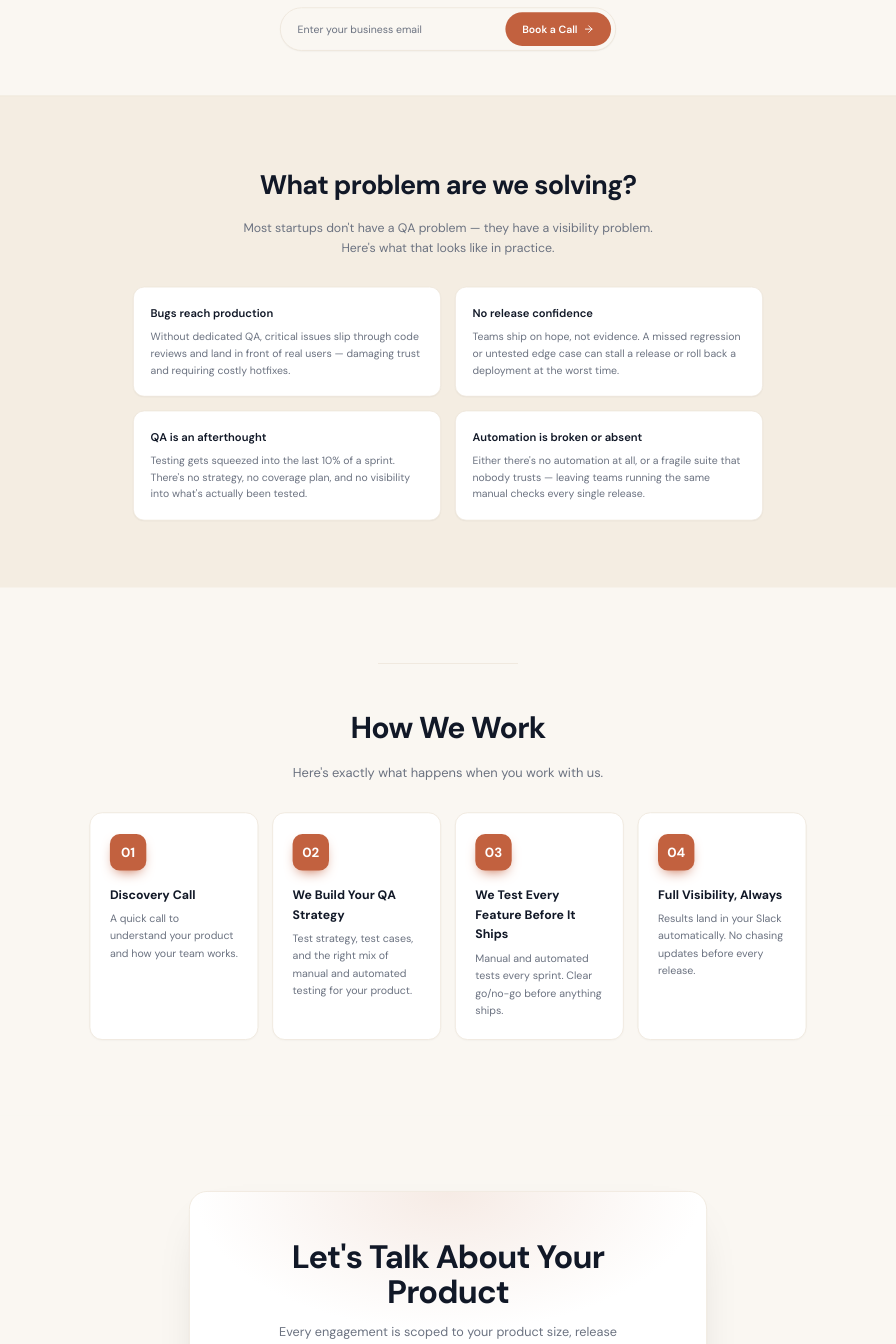
Repository: Monika281992/GoLiveQA
Page: /
These files come from the project's save history. The page is drawn as it stood at one moment and after the next save; the edit follows.
The browser window is 1280 px wide. The pictures show the part of the page from y = 391 to 2311 px (the page is 3645 px tall before and 4188 px after), at 70% of full size.
The project was rebuilt for these pictures with package versions that can differ from the ones it lists, and the page was loaded fresh each time. The framework's server and built-in components were replaced by stand-ins that run in the browser. Also part of the build but not shown: next.config.mjs.

Above is the page before, as saved 2026-06-27 13:04:14.

### app/layout.tsx
import type { Metadata } from "next";
import { DM_Sans, Kaushan_Script } from "next/font/google";
import "./globals.css";

const dmSans = DM_Sans({
  subsets: ["latin"],
  weight: ["300", "400", "500", "600", "700"],
  variable: "--font-sans",
  display: "swap",
});

const kaushan = Kaushan_Script({
  subsets: ["latin"],
  weight: "400",
  variable: "--font-script",
  display: "swap",
});

export const metadata: Metadata = {
  title: "GoLiveQA",
  description:
    "Senior QA engineer with 9 years of hands-on experience testing Healthcare, SaaS, AI & Real Estate products at startups across India and US. Playwright, Cypress, Postman. Available remotely.",
};

export default function RootLayout({
  children,
}: {
  children: React.ReactNode;
}) {
  return (
    <html lang="en" className={`${dmSans.variable} ${kaushan.variable}`}>
      <body className="font-sans leading-relaxed">{children}</body>
    </html>
  );
}

### app/page.tsx
import { Navbar } from "@/components/navbar";
import { Hero } from "@/components/hero";
import { Problem } from "@/components/problem";
import { Process } from "@/components/process";
import { Pricing } from "@/components/pricing";
import { Contact } from "@/components/contact";
import { Footer } from "@/components/footer";

export default function Home() {
  return (
    <div className="min-h-screen bg-surface">
      <Navbar />
      <main>
        <Hero />
        <Problem />
        <Process />
        <Pricing />
        <Contact />
      </main>
      <Footer />
    </div>
  );
}

### app/globals.css
@tailwind base;
@tailwind components;
@tailwind utilities;

html {
  scroll-behavior: smooth;
}

body {
  background-color: #faf7f2;
  color: #4b5563;
  -webkit-font-smoothing: antialiased;
}

### components/hero.tsx
"use client";

import { useState } from "react";
import { useRouter } from "next/navigation";
import { ArrowRight } from "lucide-react";

export function Hero() {
  const router = useRouter();
  const [email, setEmail] = useState("");
  const [error, setError] = useState("");
  const [status, setStatus] = useState("idle");

  async function handleBook() {
    const trimmed = email.trim();
    if (!trimmed) {
      setError("Please enter your email address.");
      return;
    }
    const valid = /^[^\s@]+@[^\s@]+\.[^\s@]+$/.test(trimmed);
    if (!valid) {
      setError("Please enter a valid email address.");
      return;
    }
    setError("");
    setStatus("loading");
    try {
      await fetch("/api/book", {
        method: "POST",
        headers: { "Content-Type": "application/json" },
        body: JSON.stringify({ email: trimmed }),
      });
    } catch {
      // proceed to form regardless
    }
    router.push(`/book-a-call?email=${encodeURIComponent(trimmed)}`);
  }

  return (
    <section id="top" className="relative overflow-hidden">
      <div className="pointer-events-none absolute inset-0 bg-[radial-gradient(58%_46%_at_50%_-4%,#f6ebe5,transparent_72%)]" />
      <div className="relative mx-auto max-w-[840px] px-5 pb-12 pt-16 text-center sm:px-8 md:pb-16 md:pt-24 lg:px-12 lg:pt-[108px]">
        <h1 className="text-[clamp(2.5rem,7vw,4.1rem)] font-bold leading-[1.03] tracking-[-0.035em] text-ink">
          Your QA Partner
        </h1>
        <p className="mt-4 text-[clamp(1.1rem,2.5vw,1.45rem)] font-semibold text-accent">
          Startups ship faster and break less with GoLiveQA. Senior QA coverage across manual testing, automation, CI/CD, and real-time reporting.
        </p>
        <div className="mt-8 mx-auto max-w-[480px]">
          <div className={`flex items-center overflow-hidden rounded-full border bg-surface shadow-sm transition-colors ${error ? "border-red-400" : "border-hairline"}`}>
            <input
              type="email"
              value={email}
              onChange={(e) => { setEmail(e.target.value); if (error) setError(""); }}
              placeholder="Enter your business email"
              className="flex-1 bg-transparent px-6 py-3.5 text-[15px] text-body outline-none placeholder:text-muted"
            />
            <button
              type="button"
              onClick={handleBook}
              disabled={status === "loading"}
              className="m-1.5 flex items-center gap-2 rounded-full bg-accent px-6 py-3 text-[15px] font-semibold text-white disabled:opacity-70"
            >
              {status === "loading" ? "Loading…" : "Book a Call"}
              {status !== "loading" && <ArrowRight className="h-[16px] w-[16px]" />}
            </button>
          </div>
          {error && (
            <p className="mt-2 text-[13px] text-red-500">{error}</p>
          )}
        </div>
      </div>
    </section>
  );
}

### components/problem.tsx
const problems = [
  {
    title: "Bugs reach production",
    description:
      "Without dedicated QA, critical issues slip through code reviews and land in front of real users — damaging trust and requiring costly hotfixes.",
  },
  {
    title: "No release confidence",
    description:
      "Teams ship on hope, not evidence. A missed regression or untested edge case can stall a release or roll back a deployment at the worst time.",
  },
  {
    title: "QA is an afterthought",
    description:
      "Testing gets squeezed into the last 10% of a sprint. There's no strategy, no coverage plan, and no visibility into what's actually been tested.",
  },
  {
    title: "Automation is broken or absent",
    description:
      "Either there's no automation at all, or a fragile suite that nobody trusts — leaving teams running the same manual checks every single release.",
  },
];

export function Problem() {
  return (
    <section className="border-t border-hairline bg-surface-soft py-16 md:py-24">
      <div className="mx-auto max-w-container px-5 sm:px-8 lg:px-12">
        <div className="mx-auto max-w-[600px] text-center">
          <h2 className="text-[clamp(1.8rem,3.5vw,2.4rem)] font-bold tracking-[-0.025em] text-ink">
            What problem are we solving?
          </h2>
          <p className="mt-4 text-[clamp(1rem,1.7vw,1.1rem)] leading-relaxed text-muted">
            Most startups don&apos;t have a QA problem — they have a visibility problem. Here&apos;s what that looks like in practice.
          </p>
        </div>
        <div className="mx-auto mt-10 grid max-w-[900px] grid-cols-1 gap-5 sm:grid-cols-2">
          {problems.map((p) => (
            <div
              key={p.title}
              className="rounded-[16px] border border-hairline bg-white p-6 shadow-sm"
            >
              <h3 className="text-[1rem] font-semibold text-ink">{p.title}</h3>
              <p className="mt-2 text-[15px] leading-relaxed text-muted">{p.description}</p>
            </div>
          ))}
        </div>
      </div>
    </section>
  );
}

### components/process.tsx
import { Card } from "@/components/ui/card";

const steps = [
  {
    n: "01",
    title: "Discovery Call",
    desc: "A quick call to understand your product and how your team works.",
  },
  {
    n: "02",
    title: "We Build Your QA Strategy",
    desc: "Test strategy, test cases, and the right mix of manual and automated testing for your product.",
  },
  {
    n: "03",
    title: "We Test Every Feature Before It Ships",
    desc: "Manual and automated tests every sprint. Clear go/no-go before anything ships.",
  },
  {
    n: "04",
    title: "Full Visibility, Always",
    desc: "Results land in your Slack automatically. No chasing updates before every release.",
  },
];

export function Process() {
  return (
    <section
      id="process"
      className="bg-surface py-16 md:py-24 lg:py-[108px]"
    >
      <div className="mx-auto max-w-container px-5 sm:px-8 lg:px-12">
        <div className="mx-auto mb-14 max-w-[200px]">
          <div className="h-px w-full bg-hairline" />
        </div>
        <div className="mx-auto max-w-[660px] text-center">
          <h2 className="text-[clamp(2rem,4.4vw,2.7rem)] font-bold tracking-[-0.025em] text-ink">
            How We Work
          </h2>
          <p className="mt-4 text-[clamp(1rem,1.7vw,1.15rem)] leading-relaxed text-muted">
            Here&apos;s exactly what happens when you work with us.
          </p>
        </div>
        <div className="mt-10 grid grid-cols-1 gap-5 sm:grid-cols-2 lg:grid-cols-4">
          {steps.map((s) => (
            <Card
              key={s.n}
              className="rounded-[18px] p-7 pt-[30px] transition-all hover:-translate-y-1 hover:shadow-lift"
            >
              <div className="mb-5 flex h-[52px] w-[52px] items-center justify-center rounded-[14px] bg-accent text-[19px] font-bold text-white shadow-[0_8px_18px_-8px_#c2613f]">
                {s.n}
              </div>
              <h3 className="mb-2 text-[1.1rem] font-bold text-ink">{s.title}</h3>
              <p className="text-[0.95rem] leading-relaxed text-muted">{s.desc}</p>
            </Card>
          ))}
        </div>
      </div>
    </section>
  );
}

### components/pricing.tsx
import { Calendar, Check } from "lucide-react";
import { Button } from "@/components/ui/button";

const guarantees = [
  "No surprise charges",
  "No long-term lock-in",
  "Senior engineer, always",
];

export function Pricing() {
  return (
    <section id="pricing" className="py-16 md:py-24 lg:py-[108px]">
      <div className="mx-auto max-w-container px-5 sm:px-8 lg:px-12">
        <div className="relative mx-auto max-w-[740px] overflow-hidden rounded-[26px] border border-hairline bg-white px-6 py-10 text-center shadow-cta sm:px-14 md:py-[68px]">
          <div className="pointer-events-none absolute inset-0 bg-[radial-gradient(70%_60%_at_50%_0%,#f6ebe5,transparent_70%)]" />
          <div className="relative">
            <h2 className="text-[clamp(2rem,4.6vw,2.9rem)] font-bold leading-[1.08] tracking-[-0.025em] text-ink">
              Let&apos;s Talk About Your Product
            </h2>
            <p className="mx-auto mt-[18px] max-w-[560px] text-[clamp(1rem,1.7vw,1.13rem)] leading-relaxed text-muted">
              Every engagement is scoped to your product size, release frequency, and
              testing needs. Book a 30-minute call — I&apos;ll give you a clear, honest
              quote within 24 hours.
            </p>
            <div className="mt-8">
              <Button asChild size="lg">
                <a href="#contact">
                  <Calendar className="h-[19px] w-[19px]" />
                  Book a 30-min Call
                </a>
              </Button>
            </div>
            <div className="mt-7 flex flex-wrap justify-center gap-x-[26px] gap-y-3 text-sm text-body">
              {guarantees.map((g) => (
                <span key={g} className="inline-flex items-center gap-2">
                  <Check className="h-[17px] w-[17px] text-green-600" />
                  {g}
                </span>
              ))}
            </div>
          </div>
        </div>
      </div>
    </section>
  );
}

### components/footer.tsx
const links = [
  { label: "About", href: "#about" },
  { label: "How Can I Help", href: "#services" },
  { label: "Process", href: "#process" },
  { label: "Contact", href: "#contact" },
];

export function Footer() {
  return (
    <footer className="border-t border-hairline bg-white py-8">
      <div className="mx-auto flex max-w-container flex-wrap items-center justify-between gap-x-7 gap-y-4 px-5 sm:px-8 lg:px-12">
        <a href="#top" className="text-lg font-bold tracking-tight text-brand">
          GoLiveQA
        </a>
        <div className="flex flex-wrap gap-6">
          {links.map((l) => (
            <a
              key={l.href}
              href={l.href}
              className="text-sm text-muted transition-colors hover:text-ink"
            >
              {l.label}
            </a>
          ))}
        </div>
        <p className="text-[13.5px] text-faint">
          © 2026 GoLiveQA. All rights reserved. A boutique QA consultancy.
        </p>
      </div>
    </footer>
  );
}

### components/ui/button.tsx
import * as React from "react";
import { Slot } from "@radix-ui/react-slot";
import { cva, type VariantProps } from "class-variance-authority";
import { cn } from "@/lib/utils";

const buttonVariants = cva(
  "inline-flex items-center justify-center gap-2 whitespace-nowrap rounded-xl font-semibold transition-all focus-visible:outline-none focus-visible:ring-2 focus-visible:ring-brand/40 focus-visible:ring-offset-2 disabled:pointer-events-none disabled:opacity-50",
  {
    variants: {
      variant: {
        default:
          "bg-brand text-white shadow-brand hover:bg-brand-dark hover:-translate-y-0.5",
        outline:
          "border-[1.5px] border-brand text-brand hover:bg-brand hover:text-white",
        ghost: "text-brand hover:bg-brand/5",
      },
      size: {
        default: "h-11 px-6 text-[15px]",
        lg: "h-[52px] px-7 text-base",
        sm: "h-9 px-[18px] text-sm",
      },
    },
    defaultVariants: {
      variant: "default",
      size: "default",
    },
  }
);

export interface ButtonProps
  extends React.ButtonHTMLAttributes<HTMLButtonElement>,
    VariantProps<typeof buttonVariants> {
  asChild?: boolean;
}

const Button = React.forwardRef<HTMLButtonElement, ButtonProps>(
  ({ className, variant, size, asChild = false, ...props }, ref) => {
    const Comp = asChild ? Slot : "button";
    return (
      <Comp
        className={cn(buttonVariants({ variant, size, className }))}
        ref={ref}
        {...props}
      />
    );
  }
);
Button.displayName = "Button";

export { Button, buttonVariants };

### components/ui/card.tsx
import * as React from "react";
import { cn } from "@/lib/utils";

const Card = React.forwardRef<
  HTMLDivElement,
  React.HTMLAttributes<HTMLDivElement>
>(({ className, ...props }, ref) => (
  <div
    ref={ref}
    className={cn(
      "rounded-2xl border border-hairline bg-white shadow-card",
      className
    )}
    {...props}
  />
));
Card.displayName = "Card";

const CardHeader = React.forwardRef<
  HTMLDivElement,
  React.HTMLAttributes<HTMLDivElement>
>(({ className, ...props }, ref) => (
  <div ref={ref} className={cn("flex flex-col space-y-1.5 p-7", className)} {...props} />
));
CardHeader.displayName = "CardHeader";

const CardTitle = React.forwardRef<
  HTMLDivElement,
  React.HTMLAttributes<HTMLHeadingElement>
>(({ className, ...props }, ref) => (
  <h3
    ref={ref}
    className={cn("text-lg font-bold leading-snug text-ink", className)}
    {...props}
  />
));
CardTitle.displayName = "CardTitle";

const CardContent = React.forwardRef<
  HTMLDivElement,
  React.HTMLAttributes<HTMLDivElement>
>(({ className, ...props }, ref) => (
  <div ref={ref} className={cn("p-7 pt-0", className)} {...props} />
));
CardContent.displayName = "CardContent";

export { Card, CardHeader, CardTitle, CardContent };

### components/icons.tsx
// Inline brand glyphs not reliably present in current lucide-react builds.
export function LinkedInIcon({ className }: { className?: string }) {
  return (
    <svg viewBox="0 0 24 24" fill="currentColor" className={className} aria-hidden="true">
      <path d="M4.98 3.5C4.98 4.88 3.87 6 2.5 6S0 4.88 0 3.5 1.12 1 2.5 1 4.98 2.12 4.98 3.5zM.25 8h4.5v15H.25V8zm7.5 0h4.31v2.05h.06c.6-1.07 2.07-2.2 4.26-2.2 4.56 0 5.4 2.85 5.4 6.56V23h-4.5v-6.2c0-1.48-.03-3.38-2.06-3.38-2.07 0-2.39 1.6-2.39 3.27V23h-4.5V8z" />
    </svg>
  );
}

### tailwind.config.ts
import type { Config } from "tailwindcss";

const config: Config = {
  content: [
    "./app/**/*.{ts,tsx}",
    "./components/**/*.{ts,tsx}",
  ],
  theme: {
    extend: {
      colors: {
        // Brand action color (blue) — CTAs, links
        brand: { DEFAULT: "#145fdd", dark: "#0d46b8" },
        // Warm personal accent (terracotta) — eyebrows, badges, signature
        accent: { DEFAULT: "#c2613f", soft: "#f6ebe5" },
        // Warm surfaces
        surface: { DEFAULT: "#faf7f2", soft: "#f4ede2" },
        hairline: "#ece4d7",
        // Text
        ink: "#111827",
        body: "#4b5563",
        muted: "#6b7280",
        faint: "#9ca3af",
      },
      fontFamily: {
        sans: ["var(--font-sans)", "system-ui", "sans-serif"],
        script: ["var(--font-script)", "cursive"],
      },
      maxWidth: {
        container: "1120px",
      },
      boxShadow: {
        card: "0 1px 3px rgba(0,0,0,0.03)",
        lift: "0 20px 40px -18px rgba(0,0,0,0.16)",
        brand: "0 8px 20px -8px rgba(20,95,221,0.5)",
        photo: "0 18px 44px -22px rgba(0,0,0,0.28)",
        cta: "0 28px 70px -34px rgba(0,0,0,0.22)",
      },
    },
  },
  plugins: [],
};

export default config;

Loaded but not shown: lib/utils.ts (common file); components/navbar.tsx (185 lines, source omitted); components/contact.tsx (242 lines, source omitted)

After the next save:
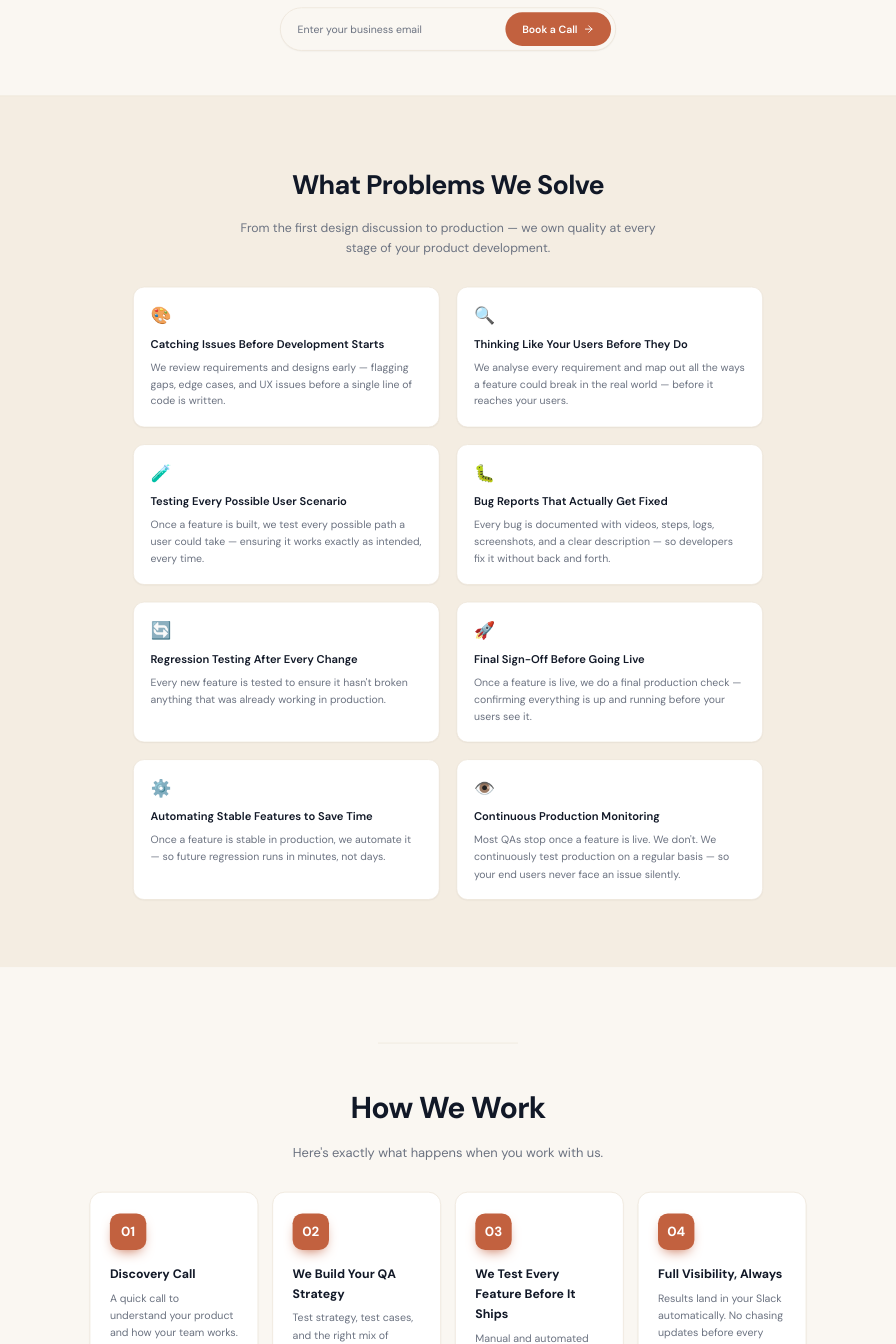
Saved 51 min 20 s later.
--- a/components/problem.tsx
+++ b/components/problem.tsx
@@ -1,23 +1,51 @@
 const problems = [
   {
-    title: "Bugs reach production",
+    icon: "🎨",
+    title: "Catching Issues Before Development Starts",
     description:
-      "Without dedicated QA, critical issues slip through code reviews and land in front of real users — damaging trust and requiring costly hotfixes.",
+      "We review requirements and designs early — flagging gaps, edge cases, and UX issues before a single line of code is written.",
   },
   {
-    title: "No release confidence",
+    icon: "🔍",
+    title: "Thinking Like Your Users Before They Do",
     description:
-      "Teams ship on hope, not evidence. A missed regression or untested edge case can stall a release or roll back a deployment at the worst time.",
+      "We analyse every requirement and map out all the ways a feature could break in the real world — before it reaches your users.",
   },
   {
-    title: "QA is an afterthought",
+    icon: "🧪",
+    title: "Testing Every Possible User Scenario",
     description:
-      "Testing gets squeezed into the last 10% of a sprint. There's no strategy, no coverage plan, and no visibility into what's actually been tested.",
+      "Once a feature is built, we test every possible path a user could take — ensuring it works exactly as intended, every time.",
   },
   {
-    title: "Automation is broken or absent",
+    icon: "🐛",
+    title: "Bug Reports That Actually Get Fixed",
     description:
-      "Either there's no automation at all, or a fragile suite that nobody trusts — leaving teams running the same manual checks every single release.",
+      "Every bug is documented with videos, steps, logs, screenshots, and a clear description — so developers fix it without back and forth.",
+  },
+  {
+    icon: "🔄",
+    title: "Regression Testing After Every Change",
+    description:
+      "Every new feature is tested to ensure it hasn't broken anything that was already working in production.",
+  },
+  {
+    icon: "🚀",
+    title: "Final Sign-Off Before Going Live",
+    description:
+      "Once a feature is live, we do a final production check — confirming everything is up and running before your users see it.",
+  },
+  {
+    icon: "⚙️",
+    title: "Automating Stable Features to Save Time",
+    description:
+      "Once a feature is stable in production, we automate it — so future regression runs in minutes, not days.",
+  },
+  {
+    icon: "👁️",
+    title: "Continuous Production Monitoring",
+    description:
+      "Most QAs stop once a feature is live. We don't. We continuously test production on a regular basis — so your end users never face an issue silently.",
   },
 ];
 
@@ -27,19 +55,20 @@ export function Problem() {
       <div className="mx-auto max-w-container px-5 sm:px-8 lg:px-12">
         <div className="mx-auto max-w-[600px] text-center">
           <h2 className="text-[clamp(1.8rem,3.5vw,2.4rem)] font-bold tracking-[-0.025em] text-ink">
-            What problem are we solving?
+            What Problems We Solve
           </h2>
           <p className="mt-4 text-[clamp(1rem,1.7vw,1.1rem)] leading-relaxed text-muted">
-            Most startups don&apos;t have a QA problem — they have a visibility problem. Here&apos;s what that looks like in practice.
+            From the first design discussion to production — we own quality at every stage of your product development.
           </p>
         </div>
-        <div className="mx-auto mt-10 grid max-w-[900px] grid-cols-1 gap-5 sm:grid-cols-2">
+        <div className="mx-auto mt-10 grid max-w-[900px] grid-cols-1 gap-6 sm:grid-cols-2">
           {problems.map((p) => (
             <div
               key={p.title}
               className="rounded-[16px] border border-hairline bg-white p-6 shadow-sm"
             >
-              <h3 className="text-[1rem] font-semibold text-ink">{p.title}</h3>
+              <span className="text-2xl">{p.icon}</span>
+              <h3 className="mt-3 text-[1rem] font-semibold text-ink">{p.title}</h3>
               <p className="mt-2 text-[15px] leading-relaxed text-muted">{p.description}</p>
             </div>
           ))}
